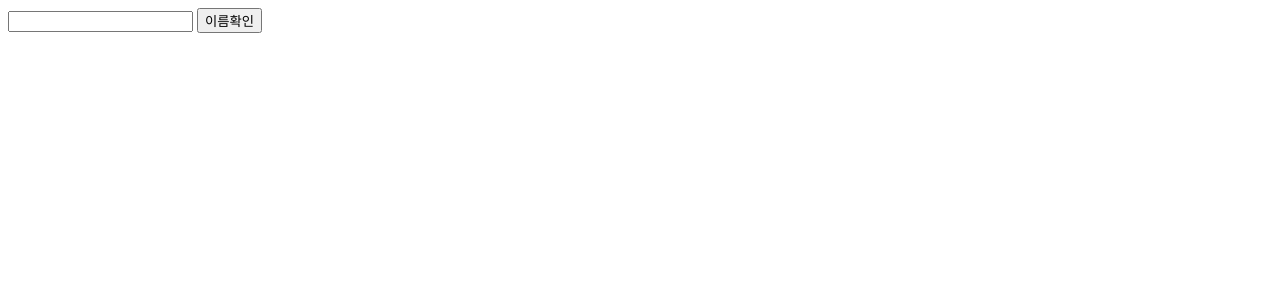
Repository: HmDol/Spring_study
Page: http://localhost/project1/Eventjsp.jsp
The author's editor kept a copy of each file at every save. The page is drawn from the files as they stood at one save, then again after the next save.
The browser window is 1280 px wide. The pictures show the whole page.
The page is served by Tomcat 10. Other server files are loaded and not shown.

Above is the page before, as saved 2023-09-06 02:26:48.

### project1/src/main/webapp/Eventjsp.jsp
<%@ page language="java" contentType="text/html; charset=EUC-KR"
    pageEncoding="EUC-KR"%>
<!DOCTYPE html>
<html>
<head>
<meta charset="EUC-KR">
<title>Insert title here</title>
</head>
<script>
window.onload = () => {
//초기화
	alert('윈도우 로드됨');
}
const a = () => {
	alert("당신의 이름은 "+f.t1.value+"입니다.")
}

</script>

<body>
<form action="" name="f">
<input type="text" name="t1">
<input type="button" nmae="b1" value="이름확인" onclick="a()"><br>

</form>

</body>
</html>

After the next save:
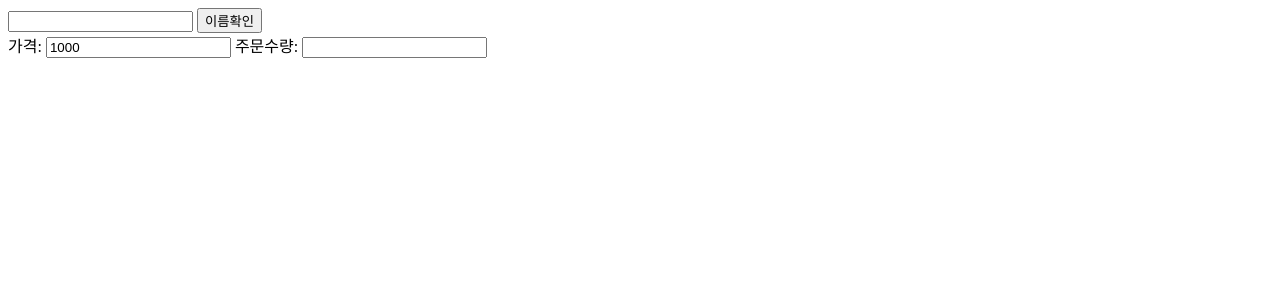
Saved 3 min 53 s later.
--- a/project1/src/main/webapp/Eventjsp.jsp
+++ b/project1/src/main/webapp/Eventjsp.jsp
@@ -12,15 +12,19 @@ window.onload = () => {
 	alert('윈도우 로드됨');
 }
 const a = () => {
-	alert("당신의 이름은 "+f.t1.value+"입니다.")
+	alert("당신의 이름은 "+f.t1.value+"입니다.");
 }
-
+const b = () => {
+	alert("결제금액은 " + (f.t2.value * f.t3.value) + "원 입니다.");
+}
 </script>
 
 <body>
 <form action="" name="f">
 <input type="text" name="t1">
 <input type="button" nmae="b1" value="이름확인" onclick="a()"><br>
+가격: <input type="text" name="t2" value="1000" readonly>
+주문수량: <input type="number" name="t3" onchange="b()" ><br>
 
 </form>
 
